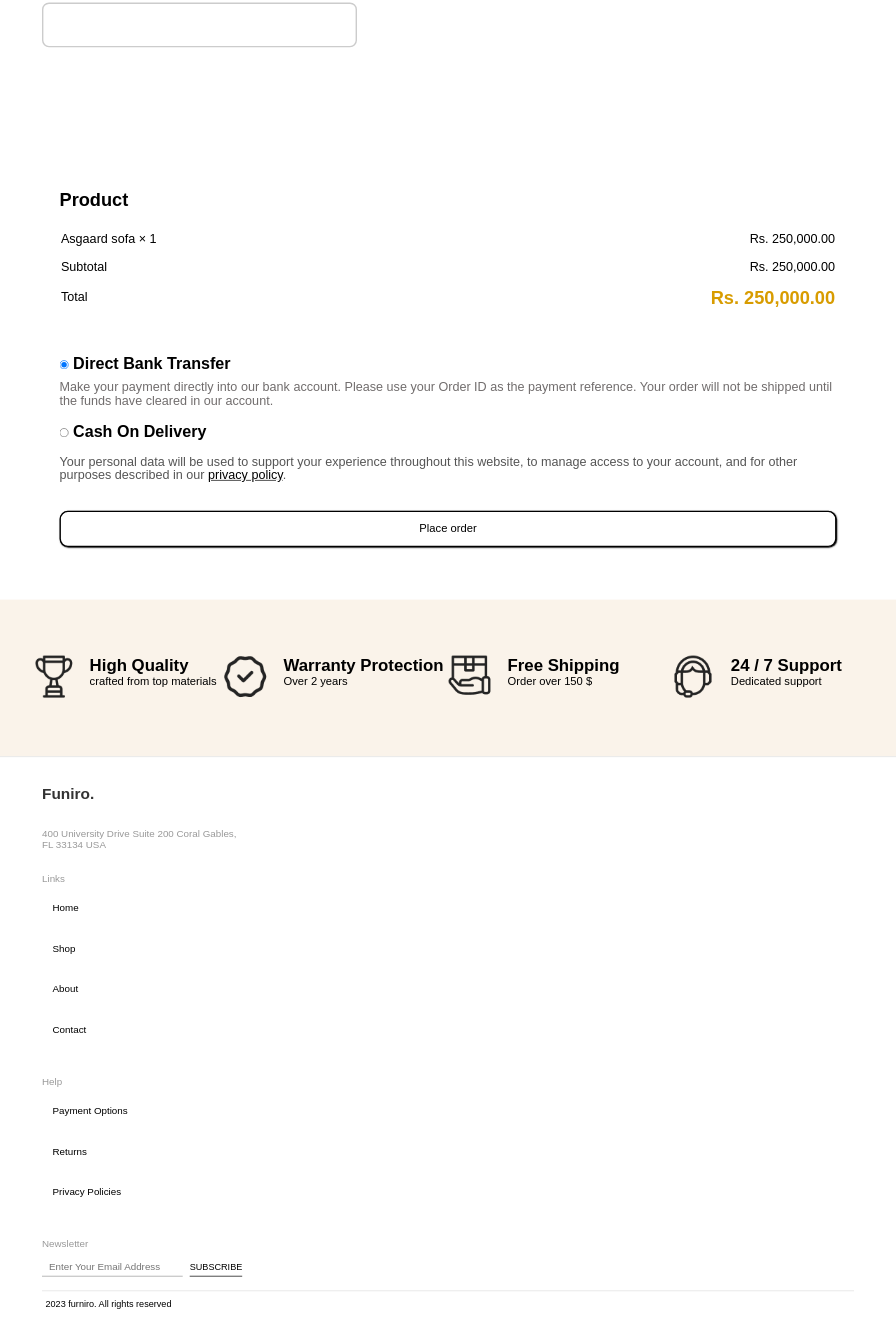
Repository: Ali1Kh/Furniro-ITI
Page: pages/checkout.html
An editor plug-in stored every save of this project. The page is shown before and after the next save, followed by the edit.
The browser window is 1280 px wide. The pictures show the part of the page from y = 1272 to 3192 px (the page is 3166 px tall before and 3192 px after), at 70% of full size.

Above is the page before, as saved 2025-07-19 20:45:29.

### pages/checkout.html
<!DOCTYPE html>
<html lang="en">

<head>
  <meta charset="UTF-8">
  <meta name="viewport" content="width=device-width, initial-scale=1.0">
  <title>CheckOut</title>
  <link rel="shortcut icon" href="../assets/icons/Logo.png" type="image/x-icon">
  <link rel="stylesheet" href="../styles/index.css">
  <link rel="stylesheet" href="../styles/checkout.css">
</head>

<body>

  <nav>
    <!-- Navigation -->
    <div class="navBar">
      <div class="text">
        <p>Furniro</p>
      </div>

      <div class="menu-icon" onclick="toggleSidebar()">☰</div>

      <div class="navBarLinks">
        <ul>
          <li><a href="/pages/home.html">Home</a></li>
          <li><a href="/pages/shop.html">Shop</a></li>
          <li><a href="/">About</a></li>
          <li><a href="/pages/contact.html">Contact</a></li>
        </ul>
      </div>

     <div class="navBarIcons">
        <a href="/pages/Compare.html"><i class="fa-solid fa-user"></i></a>
        <a href="/pages/shop.html"><i class="fa-solid fa-magnifying-glass"></i></a>
        <a href="/"><i class="fa-solid fa-heart"></i></a>
        <a href="/pages/checkout.html"><i class="fa-solid fa-cart-plus"></i></a>
      </div>
    </div>


    <!-- Sidebar for mobile -->
    <div class="sidebar" id="sidebar">
      <a href="" onclick="toggleSidebar()">✖</a>
      <a href="">Home</a>
      <a href="/pages/shop.html">Shop</a>
      <a href="/">About</a>
      <a href="/pages/contact.html">Contact</a>
    </div>
  </nav>

  <main class="checkout">
    <div id="home">
      <div class="img-conteaner">
        <img src="../assets/img/Rectangle 1.png" alt="">

        <div class="text-conteaner">
          <img src="../assets/icons/Logo.png" alt="" style="width: 100px;height: 77px;margin-top: -80px; left: 1px; ">
          <h2 style="font-size: 48px; font-family: Poppins; top: 20px;">Checkout</h2>
          <h3 style="top: 30px;left: -11px; "><span style="width: 48;height: 24;top: 295px;left: 660px; ">Home ></span>
            Checkout</h3>
        </div>
      </div>
    </div>

    <div id="content">
      <div class="form">
        <h1 style="font-family: Poppins;font-weight: 600;font-style: SemiBold;font-size: 36px;">Billing details</h1>
        <br><br>
        <form>
          <div class="input" style="width: 200px;">
            <label>First name</label><br>
            <input type="text" name="firatname" id="firatname">
          </div>

          <div class="input" style="width: 200px; position: relative;bottom: 127px;left: 266px;">
            <label>Last name</label><br>
            <input type="text" name="lastname" id="lastname">
          </div>

          <div class="input" style="position: relative; bottom: 90px; width: 450px;">
            <label>Company Name (Optional)</label><br>
            <input type="text" name="Companyname(Optional)" id="Companyname(Optional)">
          </div>

          <div class="input" style="position: relative; bottom: 90px; width: 450px;">
            <label>Country / Region</label><br>
            <select>
              <option></option>
              <option>UK</option>
              <option>Argantina</option>
              <option>Brasil</option>
              <option>Egypt</option>
              <option>USA</option>
            </select>
          </div>

          <div class="input" style="position: relative; bottom: 90px; width: 450px;">
            <label>Street address</label><br>
            <input type="text" name="Streetaddress" id="Streetaddress">
          </div>

          <div class="input" style="position: relative; bottom: 90px; width: 450px;">
            <label>Phone</label><br>
            <input type="number" name="Phone" id="Phone">
          </div>

          <div class="input" style="position: relative; bottom: 90px; width: 450px;">
            <label>Email address</label><br>
            <input type="email" name="Emailaddress" id="Emailaddress">
          </div><br><br>

        </form>
      </div>
      <div class="table">
        <div class="order-summary">
          <h2>Product</h2>
          <table>
            <tr>
              <td>Asgaard sofa × 1</td>
              <td style="text-align: right;">Rs. 250,000.00</td>
            </tr>
            <tr>
              <td>Subtotal</td>
              <td style="text-align: right;">Rs. 250,000.00</td>
            </tr>
            <tr>
              <td>Total</td>
              <td style="text-align: right;" class="total">Rs. 250,000.00</td>
            </tr>
          </table><br><br>

          <div class="payment-methods">
            <label><input type="radio" name="payment" checked> Direct Bank Transfer</label>
            <p>
              Make your payment directly into our bank account. Please use your Order ID as the payment reference. Your
              order will not be shipped until the funds have cleared in our account.
            </p>

            <label><input type="radio" name="payment"> Cash On Delivery</label>
          </div>

          <div class="privacy">
            Your personal data will be used to support your experience throughout this website, to manage access to your
            account, and for other purposes described in our <a href="#">privacy policy</a>.
          </div>

          <button class="btn">Place order</button>
        </div>
      </div>
    </div>

    <div id="quality">
      <div class="1"
        style="display: flex; gap: 1.5rem; padding-top: 80px; padding-bottom: 80px;width: 25%;padding-left: 50px;">
        <div class="l"><img src="../assets/icons/Group copy.png" alt=""></div>
        <div class="r">
          <h2>High Quality</h2>
          <p>crafted from top materials</p>
        </div>

      </div>
      <div class="2" style="display: flex; gap: 1.5rem; padding-top: 80px; padding-bottom: 80px;width: 25%;">
        <div class="l"><img src="../assets/icons/Group (2).png" alt=""></div>
        <div class="r">
          <h2>Warranty Protection</h2>
          <p>Over 2 years</p>
        </div>

      </div>
      <div class="3" style="display: flex; gap: 1.5rem; padding-top: 80px; padding-bottom: 80px;width: 25%;">
        <div class="l"><img src="../assets/icons/Vector (2).png" alt=""></div>
        <div class="r">
          <h2>Free Shipping</h2>
          <p>Order over 150 $</p>
        </div>

      </div>
      <div class="4" style="display: flex; gap: 1.5rem; padding-top: 80px; padding-bottom: 80px;width: 25%;">
        <div class="l"><img src="../assets/icons/customer-support.png" alt=""></div>
        <div class="r">
          <h2>24 / 7 Support</h2>
          <p>Dedicated support</p>
        </div>

      </div>

    </div>
  </main>

  <footer class="footer">
    <div class="footer-container">
      <div class="footer-sec">
        <h2 class="logo">Funiro.</h2>
        <p style="padding-top: 20px;">400 University Drive Suite 200 Coral Gables,<br>FL 33134 USA</p>
      </div>

      <div class="footer-sec">
        <h4>Links</h4>
        <ul>
          <li><a href="#">Home</a></li>
          <li><a href="#">Shop</a></li>
          <li><a href="#">About</a></li>
          <li><a href="#">Contact</a></li>
        </ul>
      </div>

      <div class="footer-sec">
        <h4>Help</h4>
        <ul>
          <li><a href="#">Payment Options</a></li>
          <li><a href="#">Returns</a></li>
          <li><a href="#">Privacy Policies</a></li>
        </ul>
      </div>

      <div class="footer-sec new">
        <h4>Newsletter</h4>
        <div class="subscribe">
          <input type="email" placeholder="Enter Your Email Address">
          <button>SUBSCRIBE</button>
        </div>
      </div>
    </div>

    <div class="footer-bottom">
      <p>2023 furniro. All rights reserved</p>
    </div>
  </footer>

  <script src="../scripts/index.js"></script>

</body>

</html>

### styles/index.css
:root {
  --mainColor: #feeed8;
}

* {
  margin: 0;
  padding: 0;
  box-sizing: border-box;
}

body {
  font-family: "Poppins", sans-serif;
}

.navBar img {
  display: inline;
}

.navBar {
  width: 100%;
  height: 80px;
  display: flex;
  justify-content: space-between;
  align-items: center;
  padding: 0 50px;
  background-color: #fff;
  z-index: 1000;
  position: sticky;
  top: 0;
}

.navBarLinks ul {
  list-style: none;
  display: flex;
  gap: 60px;
}

.navBarLinks a {
  text-decoration: none;
  font-size: 18px;
  color: black;
}

.navBarIcons {
  display: flex;
  gap: 30px;
}

.text p {
  font-weight: bold;
  font-size: 22px;
  color: #b88e2f;
}

/* Sidebar for mobile */
.sidebar {
  height: 100%;
  width: 0;
  position: fixed;
  background-color: #8d8d8d;
  overflow-x: hidden;
  transition: 0.3s;
  padding-top: 60px;
  z-index: 999;
}
.sidebar a {
  padding: 12px 20px;
  text-decoration: none;
  font-size: 20px;
  color: white;
  display: block;
}
.sidebar a:hover {
  background-color: #444;
}

.menu-icon {
  font-size: 28px;
  cursor: pointer;
  display: none;
  padding: 15px;
}

/* Quality */

#quality {
  display: flex;
  background-color: rgba(250, 243, 234, 1);
  width: 100%;
}

/* Page Header */

#pageHeader .imge {
  position: relative;
  width: 100%;
  height: auto;
}

#pageHeader .imge img {
  width: 100%;
  height: auto;
  display: block;
}

#pageHeader .adresIn {
  position: absolute;
  top: 50%;
  left: 50%;
  transform: translate(-50%, -50%);
  color: black;
  text-align: center;
}

#pageHeader .mainP1 {
  font-size: 48px;
}
#pageHeader .scoundP1 {
  font-size: 16px;
}

.footerBox {
  height: 400px;
  width: 100%;
}
.with-line::before,
.with-line::after {
  content: "";
  display: block;
  height: 1px;
  background-color: #c6c6c6;
  margin: 20px auto;
  width: 100%;
}

.with-line::after {
  width: 82%;
}

.infoterbox {
  margin-left: 100px;
  margin-right: 100px;
  display: grid;
  grid-template-columns: 1fr 1fr 1fr 1.5fr;
  gap: 20px;
  padding: 30px;
  color: white;

  height: 100%;
}

.mainFooterBar {
  font-weight: bold;
  font-size: 24px;
  color: #000;
}
.scoundFooterBar {
  font-size: 16px;
  font-weight: 300;
  color: #9f9f9f;
  position: relative;
  top: 40px;
}

.prgraphF {
  position: relative;
  top: 54px;
}

.infoterboxLM a,
.infoterboxRM a {
  display: block;
  margin-top: 55px;
  text-decoration: none;
  color: #000;
  width: 70%;
}

.infoterboxLM p,
.infoterboxRM p,
.prgraphFF p {
  font-size: 16px;
  font-weight: 300;
  color: #9f9f9f;
}

.SUBSCRIBE {
  position: relative;
  top: 53px;
}

.SUBSCRIBE button {
  font-size: 14px;
  font-weight: bold;
  width: 85px;
  height: 21px;
  border: none;
  border-bottom: 1px solid black;
  margin-left: 15px;
  background-color: white;

  cursor: pointer;
}

.SUBSCRIBE input {
  font-size: 14px;
  width: 200px;
  height: 21px;
  color: #9f9f9f;
  border: none;
  border-bottom: 1px solid black;
}

.SUBSCRIBE input:focus {
  outline: none;
}

@media (max-width: 768px) {
  .navBarLinks {
    display: none;
  }
  .menu-icon {
    display: block;
  }
  .navBarIcons {
    display: none;
  }
}

@media (max-width: 767px) {
  .navBarIcons {
    display: none;
  }
}

### styles/checkout.css
* {
  margin: 0;
  padding: 0;
}
.checkout ul {
  list-style: none;
}

.checkout a {
  text-decoration: none;
}

/* start header */

#header {
  background-color: rgb(250, 245, 240);
  border: 1px solid #ccc;
  width: 100%;
  height: 90px;
}
#header .navbar {
  display: flex;
  justify-content: space-between;
  align-items: center;
}
#header .navbar .logo {
  display: flex;
  width: 185;
  height: 41;
  opacity: 1;
  top: 29px;
  left: 54px;
  gap: 5px;
}
#header .navbar img {
  width: 185;
  height: 41px;
  top: 29px;
  left: 54px;
  gap: 5px;
}

/* #header .navbar .imgs{
    width: 300px;
    display: flex;
    position: relative;
    bottom: 10px;
} */

#header .navbar ul {
  display: flex;
}
#header .navbar ul li a {
  position: relative;
  color: black;
  font-size: 25px;
  margin: 0 20px;
  font-weight: bold;
  transition: 0.3s ease;
  bottom: 15px;
}
#header .navbar ul li a:hover {
  color: bisque;
}

/* finish header */

.img-conteaner {
  position: relative;
  width: 100%;
}

.img-conteaner img {
  width: 100%;
  height: 316px;
  top: 100px;
}

.text-conteaner {
  position: absolute;
  top: 50%;
  left: 50%;
  transform: translate(-50%, -50%);
}
.text-conteaner h3 {
  position: relative;
  bottom: 90px;
  left: 40px;
}
.text-conteaner h2 {
  position: relative;
  bottom: 90px;
  left: -50px;
}

/* #content {
  display: flex;
  justify-content: space-between;
  gap: 8rem;
  max-width: 1240px;
  margin: auto;
  padding-top: 100px;
}

.form {
  width: 50%;
} */







#content {
  display: flex;
  justify-content: space-between;
  flex-wrap: wrap; /* مهم جدا */
  gap: 2rem;
  max-width: 1200px;
  margin: auto;
  padding: 50px 20px;
}

.form, .table {
  flex: 1 1 100%; /* هتكون عمودين فوق بعض مبدئياً */
}















.form h1 {
  font-size: 36px;
  font-weight: 600;
  margin-bottom: 30px;
}

form label {
  font-weight: 500;
  margin-bottom: 8px;
  display: block;
  font-size: 15px;
}

form input,
form select {
  width: 100%;
  padding: 22px;
  border: 2px solid #ccc;
  border-radius: 10px;
  font-size: 14px;
}

.input {
  margin-bottom: 20px;
}

.table {
  width: 48%;
}

.order-summary {
  padding: 25px;
}

.order-summary h2 {
  font-size: 26px;
  margin-bottom: 20px;
}

.order-summary table {
  width: 100%;
  margin-bottom: 20px;
}

.order-summary table td {
  padding: 8px 0;
  font-size: 18px;
}

.order-summary .total {
  font-weight: bold;
  color: #d89c00;
  font-size: 26px;
}

.payment-methods label {
  display: block;
  margin-bottom: 10px;
  font-weight: bold;
  font-size: 23px;
}

.payment-methods p {
  font-size: 18px;
  color: #716d6d;
  margin: 10px 0 20px;
  line-height: 1.1;
}

.privacy {
  font-size: 18px;
  color: #555;
  margin: 20px 0;
  line-height: 1.1;
}

.privacy a {
  text-decoration: underline;
  color: black;
}

/* .btn {
  padding: 15px 100px;
  background: #fff;
  border: 2px solid black;
  border-radius: 12px;
  font-size: 16px;
  transition: 0.3s ease;
  margin-left: 100px;
  margin-top: 10px;
  box-shadow: 1px 1px 1px black;
} */




.btn {
  width: 100%;
  padding: 15px;
  background: #fff;
  border: 2px solid black;
  border-radius: 12px;
  font-size: 16px;
  margin-top: 20px;
  box-shadow: 1px 1px 2px black;
}

.btn:hover {
  background-color: #babd8e;
}

.footer {
  background-color: #fff;
  padding: 40px 60px 20px;
  border-top: 1px solid #e0e0e0;
  color: #333;
}

/* .footer-container {
  display: flex;
} */



.footer-container {
  display: flex;
  flex-wrap: wrap;
  justify-content: space-between;
  gap: 2rem;
}


.footer-sec {
  flex: 1 1 100%;
}

.footer-sec h2.logo {
  font-size: 22px;
  font-weight: 700;
  margin-bottom: 15px;
}

.footer-sec h4 {
  font-size: 14px;
  font-weight: 500;
  color: #999;
  margin-bottom: 10px;
}

.footer-sec ul {
  list-style: none;
  padding: 0;
  margin: 0;
}

.footer-sec ul li {
  margin-bottom: 10px;
  padding: 15px;
}

.footer-sec ul li a {
  text-decoration: none;
  color: #000;
  font-size: 14px;
}

.footer-sec p {
  color: #999;
  font-size: 14px;
}

.new .subscribe {
  display: flex;
  gap: 10px;
  margin-top: 10px;
}

.new input {
  padding: 6px 10px;
  font-size: 14px;
  border: none;
  border-bottom: 1px solid #999;
  outline: none;
}

.new button {
  background: none;
  border: none;
  border-bottom: 1px solid #000;
  color: #000;
  font-size: 13px;
  font-weight: 500;
}

.footer-bottom {
  border-top: 1px solid #e0e0e0;
  padding: 5px;
  margin-top: 20px;
  padding-top: 10px;
  text-align: left;
  font-size: 13px;
  color: #000;
}


/* .navBar {
  display: flex;
  justify-content: space-between;
  align-items: center;
  padding: 20px 40px;
  flex-wrap: wrap;
}

.navBar .menu-icon {
  display: none;
  font-size: 28px;
  cursor: pointer;
}

.navBarLinks ul,
.navBarIcons {
  display: flex;
  gap: 15px;
}

.sidebar {
  display: none;
  position: fixed;
  top: 0;
  right: 0;
  background-color: white;
  width: 250px;
  height: 100%;
  padding: 20px;
  z-index: 999;
  flex-direction: column;
  box-shadow: -2px 0 10px rgba(0,0,0,0.1);
}

.sidebar a {
  display: block;
  padding: 15px;
  font-size: 18px;
  color: #333;
  text-decoration: none;
} */


@media (max-width: 768px) {
  .navBarLinks,
  .navBarIcons {
    display: none;
  }

  .menu-icon {
    display: block;
  }

  .sidebar {
    display: flex;
  }

   .form, .table {
    flex: 1 1 48%;
  }

    .btn {
    width: auto;
    padding: 15px 100px;
    margin-left: 100px;
  }
  .footer-sec {
    flex: 1 1 45%;
  }
}

### scripts/index.js
function toggleSidebar() {
  const sidebar = document.getElementById("sidebar");
  if (sidebar.style.width === "250px") {
    sidebar.style.width = "0";
  } else {
    sidebar.style.width = "250px";
  }
}

function toggleSidebar() {
  const sidebar = document.getElementById("sidebar");
  if (sidebar.style.display === "flex") {
    sidebar.style.display = "none";
  } else {
    sidebar.style.display = "flex";
  }
}

After the next save:
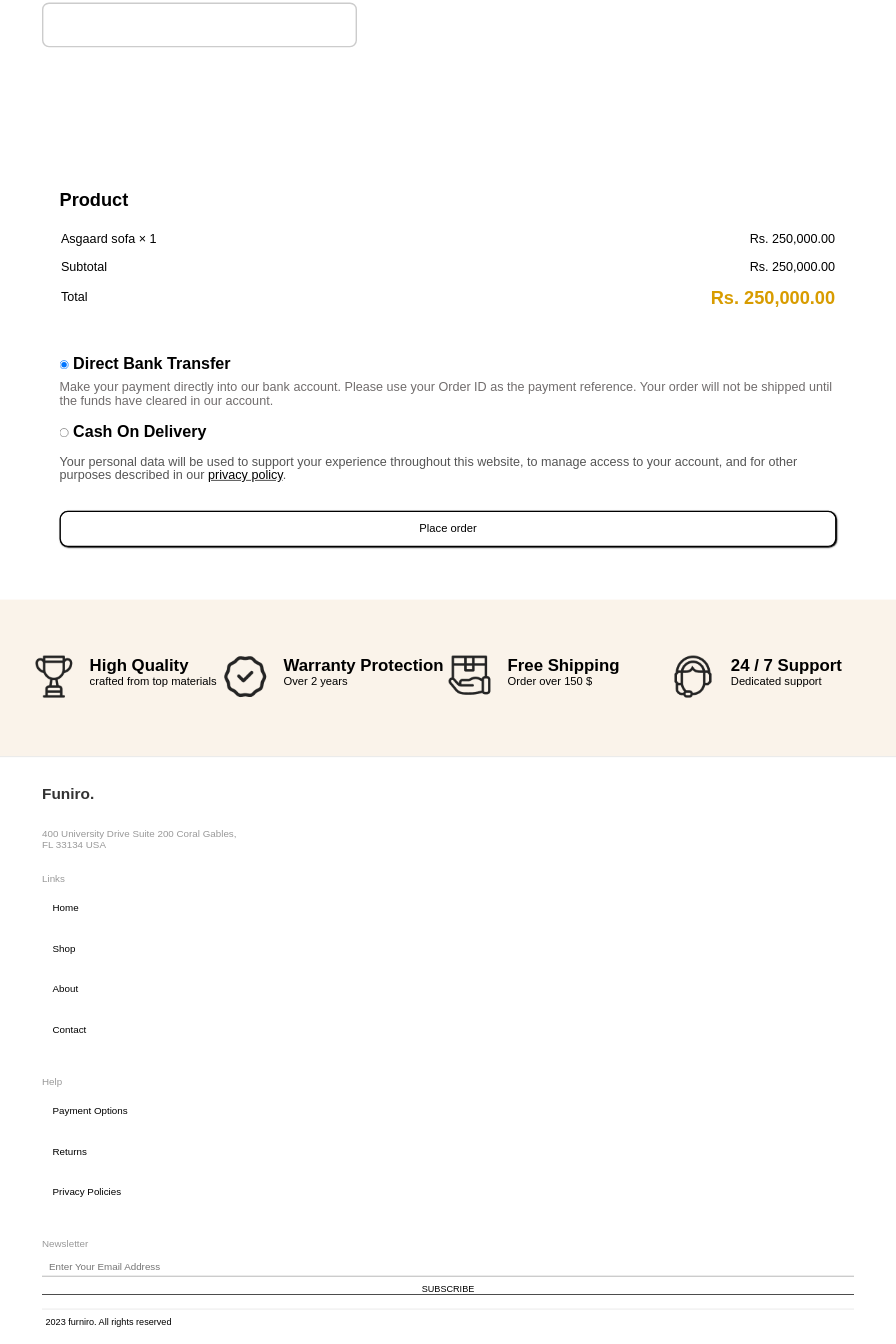
Saved 7 s later.
--- a/styles/checkout.css
+++ b/styles/checkout.css
@@ -386,7 +386,11 @@ form select {
   color: #333;
   text-decoration: none;
 } */
-
+ .subscribe {
+  display: flex;
+  flex-direction: column;
+  gap: 10px;
+}
 
 @media (max-width: 768px) {
   .navBarLinks,
